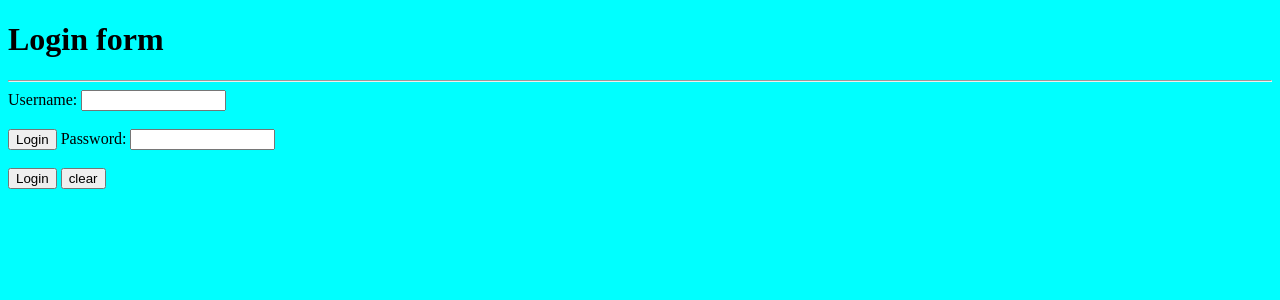
Repository: HariniBhuvana/Day8
Page: LogInApp/WebContent/Regestration.html
These files come from the project's save history. The page is drawn as it stood at one moment and after the next save; the edit follows.
The browser window is 1280 px wide. The pictures show the whole page.

Above is the page before, as saved 2018-09-05 10:27:22.

After the next save:
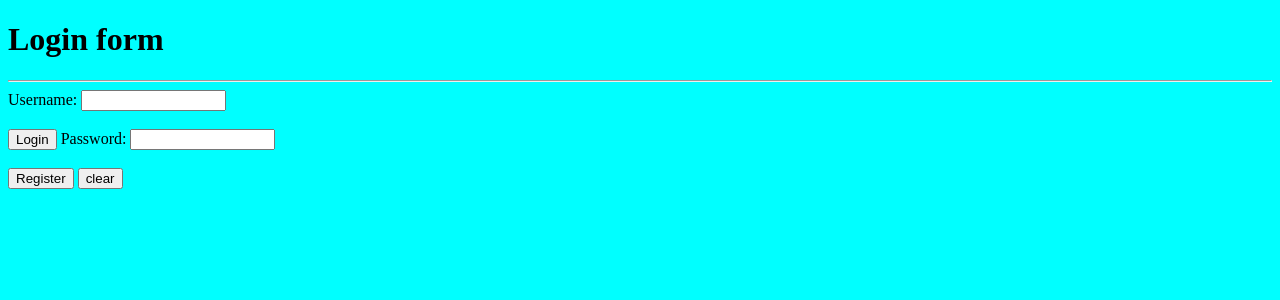
Saved 4 s later.
--- a/LogInApp/WebContent/Regestration.html
+++ b/LogInApp/WebContent/Regestration.html
@@ -15,8 +15,9 @@
 
 <label>Password:</label>
 <input type="password" name="password" size="15"/><br><br>
-<input type="submit" value="Login"/>
+<input type="submit" value="Register"/>
 <input type="reset" value="clear"/>
+<br><br>
 
 </form>
 </body>
